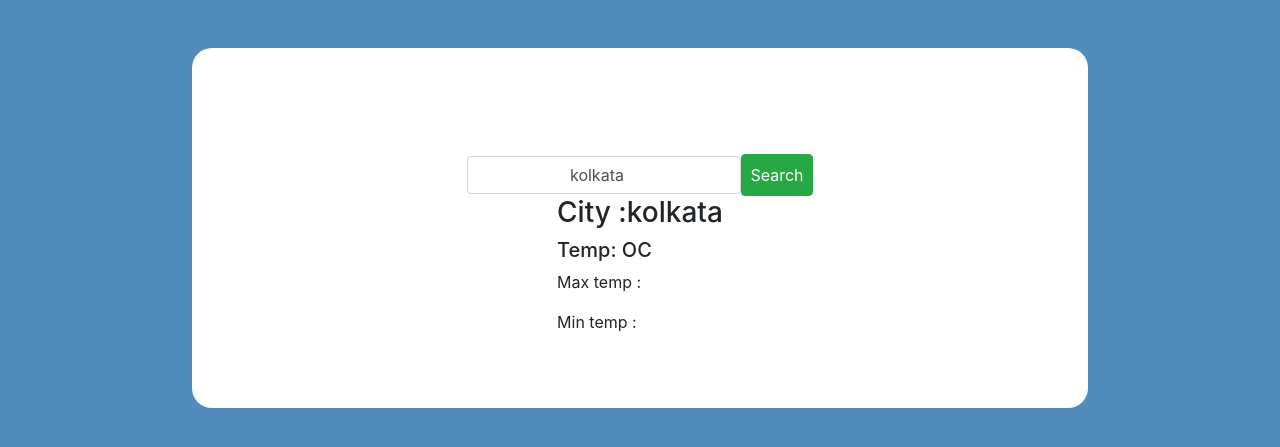
Repository: subhaDTECH/weather-app
Page: /
The author's editor kept a copy of each file at every save. The page is drawn from the files as they stood at one save, then again after the next save.
The browser window is 1280 px wide. The pictures show the whole page.
The page's requests for data from a server got no answer. The project was rebuilt for these pictures with package versions that can differ from the ones it lists, and the page was loaded fresh each time. No one was signed in, and anything a server would have sent is missing.

Above is the page before, as saved 2021-11-19 16:18:04.

### src/index.css
*{
  margin: 0;
  padding: 0;
  box-sizing: border-box;
}
.main_section{
  background-color: rgb(80, 139, 187);
  width: 100vw;
  height: 100vh;
}
body{
  background-color: rgb(80, 139, 187);
}
.weather-app{
 width :70vw;
 height:50vh;
  background-color:#fff;
  border-radius: 20px;
}
.center_div{
  display: grid;
  place-items: center;
}
/* @media (max-width:786){
  .weather-app{
    max-width: 400px;
    max-height: 400px;
    background-color:#fff;
    border-radius: 20px;
  }

} */

### src/App.js
import React,{useState,useEffect} from 'react';
import "../node_modules/bootstrap/dist/css/bootstrap.min.css";
import "./index.css";
const App=()=>{
  const[city,setCity]=useState([]);
  const [search,setSearch]=useState('kolkata');
  useEffect(() => {

    const fetchApi=async()=>{

     const res=await fetch(`http://api.openweathermap.org/data/2.5/weather?q=${search}&units=metric&appid=b4769bbe9a42ca0e8de1f56e70704218`);
     const jsondata=await res.json();



     setCity(jsondata.main);
     console.log('city',city);



    }
    fetchApi();

  },[search])


  return (
    <>
    <div className="container-fluid  main_section">
      <div className='row'>
        <div className="col-md-10 mx-auto center_div mt-5">
         <div className="weather-app d-flex justify-content-center align-items-center flex-column">
           <div className="input_box mt-5 text-center d-inline d-flex justify-content-center align-items-center">
           <input autoComplete="off" value={search} onChange={(event)=>{setSearch(event.target.value)}} className="form-control me-2 text-center" type="search" placeholder="Enter the city name" aria-label="Search"/>
           <button className="btn btn-success p-2 d-inline" type="submit">Search</button>

            <div>

            </div>


           </div>
           <div className="info_box">
               <h3>City :{search}</h3>
              <h5>Temp:{city?.temp} OC</h5>
               <p>Max temp :{city?.temp_max}</p>
               <p>Min temp :{city?.temp_min}</p>

           </div>



         </div>


        </div>

    </div>

    </div>

    </>
  )
}
export default App;

Loaded but not shown: public/index.html (common file); src/index.js (common file)

After the next save:
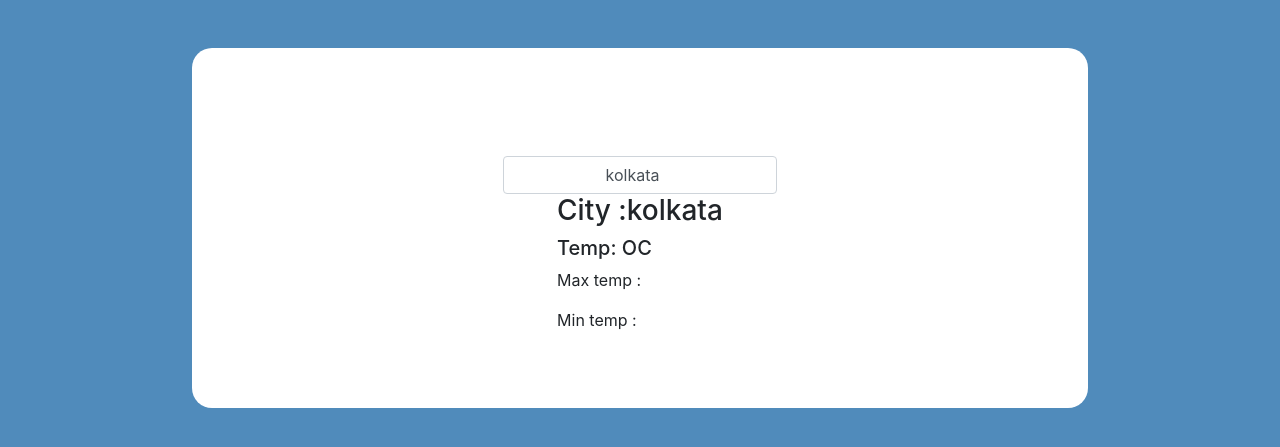
Saved 63 s later.
--- a/src/App.js
+++ b/src/App.js
@@ -32,7 +32,7 @@ const App=()=>{
          <div className="weather-app d-flex justify-content-center align-items-center flex-column">
            <div className="input_box mt-5 text-center d-inline d-flex justify-content-center align-items-center">
            <input autoComplete="off" value={search} onChange={(event)=>{setSearch(event.target.value)}} className="form-control me-2 text-center" type="search" placeholder="Enter the city name" aria-label="Search"/>
-           <button className="btn btn-success p-2 d-inline" type="submit">Search</button>
+
 
             <div>
 
